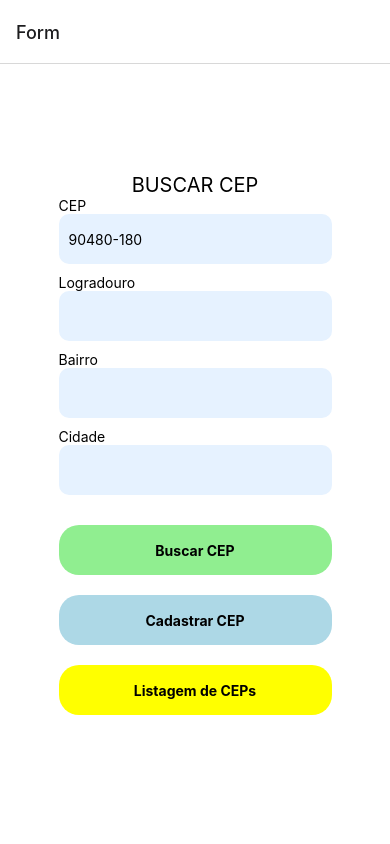
Repository: GustavoMSevero/registerCep
Screen: /
The author's editor kept a copy of each file at every save. The screen is drawn from the files as they stood at one save, then again after the next save.
The app was drawn by React Native's web renderer in a window 390 px wide. The project was rebuilt for these pictures with package versions that can differ from the ones it lists, and the page was loaded fresh each time. Also part of the build but not shown: src/pages/Ceps/index.js.

Above is the screen before, as saved 2024-09-23 15:03:56.

### App.js
import { NavigationContainer } from '@react-navigation/native';
import { createNativeStackNavigator } from '@react-navigation/native-stack';

import Form from './src/pages/Form';
import Ceps from './src/pages/Ceps';

const Stack = createNativeStackNavigator();

export default function App() {

  return (
    <NavigationContainer>
      <Stack.Navigator initialRouteName='Form'>
        <Stack.Screen name='Form' component={Form} />
        <Stack.Screen name='Ceps' component={Ceps} />
      </Stack.Navigator>
    </NavigationContainer>
  );
}

### src/pages/Form/index.js
import { StatusBar } from 'expo-status-bar';
import { useState } from 'react';
import { Text, View, TextInput, TouchableOpacity } from 'react-native';
import api from "../../../service/api"

import styles from './style';

export default function Form() {

  const [cep, setCep] = useState(null)
  const [logradouro, setLogradouro] = useState(null)
  const [bairro, setBairro] = useState(null)
  const [localidade, setLocalidade] = useState(null)
  const [uf, setUF] = useState(null)

  async function getCep() {
    let response = await fetch(`https://viacep.com.br/ws/${cep}/json/`);
    let body = await response.json();

    setLogradouro(body.logradouro);
    setBairro(body.bairro);
    setLocalidade(body.localidade);
    setUF(body.uf);
  }

  async function registerCep() {
    const cepData = {
      cep: cep,
      logradouro: logradouro,
      bairro: bairro,
      localidade: localidade,
      uf: uf,
    };

    const result = await api.post('/api.php', {
      ...cepData,
      option: 'register cep',
    })
    .then(result => {
      // console.log(result.data);
      if(result.data.status == 1) {
        alert(result.data.msg)
      } else if(result.data.status == 2) {
        alert(result.data.msg)
      }
      setLogradouro(null);
      setBairro(null);
      setLocalidade(null);
      setUF(null);
    })
    .catch(error => {
      // Handle error
      console.error(error);
    });

  }

  return (
    <View style={styles.container}>
      <Text style={styles.title}>BUSCAR CEP</Text>
      <View style={styles.viewInput}>
        <Text>CEP</Text>
        <TextInput
          style={styles.input}
          keyboardType='number'
          placeholder='90480-180'
          onChangeText={(number) => setCep(number)}
          value={cep}
        />
      </View>
      <View style={styles.viewInput}>
        <Text>Logradouro</Text>
        <TextInput
          readOnly
          style={styles.input}
          value={logradouro}
        />
      </View>
      <View style={styles.viewInput}>
        <Text>Bairro</Text>
        <TextInput
          readOnly
          style={styles.input}
          value={bairro}
        />
      </View>
      <View style={styles.viewInput}>
        <Text>Cidade</Text>
        <TextInput
          readOnly
          style={styles.input}
          value={localidade}
        />
      </View>
        <TouchableOpacity
          style={styles.button}
          onPress={getCep}
        >
          <Text style={styles.textButton}>Buscar CEP</Text>
        </TouchableOpacity>
        <TouchableOpacity
          style={styles.buttonCadastra}
          onPress={registerCep}
        >
          <Text style={styles.textButtonCadastra}>Cadastrar CEP</Text>
        </TouchableOpacity>
        <TouchableOpacity
          style={styles.buttonListagem}
          // onPress={registerCep}
        >
          <Text style={styles.textButtonListagem}>Listagem de CEPs</Text>
        </TouchableOpacity>
      <StatusBar style="auto" />
    </View>
  );
}

### service/api.js
import axios from "axios";

const api = axios.create({
    baseURL: 'http://192.168.0.226:8888/web/apiCep',
    timeout: 10000, // 10 seconds
});

export default api;

### src/pages/Form/style.js
import { StyleSheet } from 'react-native';

const styles = StyleSheet.create({
    title: {
      fontSize: 20,
    },
    container: {
      flex: 1,
      backgroundColor: '#fff',
      alignItems: 'center',
      justifyContent: 'center',
    },
    viewInput: {
      width: "70%",
    },
    input: {
      backgroundColor: "#e6f2ff",
      width: "100%",
      height: 50,
      marginBottom: 10,
      borderRadius: 10,
      paddingLeft: 10,
    },
    button: {
      marginTop: 20,
      marginBottom: 20,
      backgroundColor: "lightgreen",
      width: "70%",
      alignItems: "center",
      justifyContent: "center",
      height: 50,
      borderRadius: 20,
    },
    textButton: {
      fontWeight: "bold",
    },
    buttonCadastra: {
      backgroundColor: "lightblue",
      width: "70%",
      alignItems: "center",
      justifyContent: "center",
      height: 50,
      borderRadius: 20,
      marginBottom: 20,
    },
    textButtonCadastra: {
      fontWeight: "bold",
    },
    buttonListagem: {
      backgroundColor: "yellow",
      width: "70%",
      alignItems: "center",
      justifyContent: "center",
      height: 50,
      borderRadius: 20,
      marginBottom: 20,
    },
    textButtonListagem: {
      fontWeight: "bold",
    }
  });

  export default styles;

After the next save:
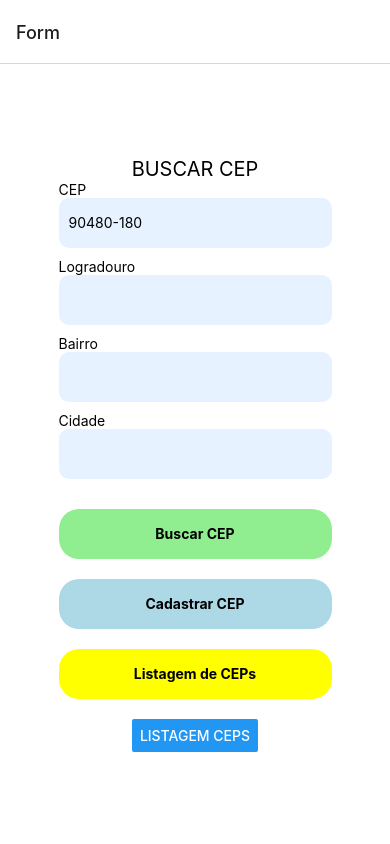
Saved 5 min 13 s later.
--- a/src/pages/Form/index.js
+++ b/src/pages/Form/index.js
@@ -1,11 +1,11 @@
 import { StatusBar } from 'expo-status-bar';
 import { useState } from 'react';
-import { Text, View, TextInput, TouchableOpacity } from 'react-native';
+import { Text, View, TextInput, TouchableOpacity, Button } from 'react-native';
 import api from "../../../service/api"
 
 import styles from './style';
 
-export default function Form() {
+export default function Form({ navigation }) {
 
   const [cep, setCep] = useState(null)
   const [logradouro, setLogradouro] = useState(null)
@@ -110,6 +110,7 @@ export default function Form() {
         >
           <Text style={styles.textButtonListagem}>Listagem de CEPs</Text>
         </TouchableOpacity>
+        <Button title='Listagem CEPs' onPress={() => navigation.navigation("Ceps")} />
       <StatusBar style="auto" />
     </View>
   );
